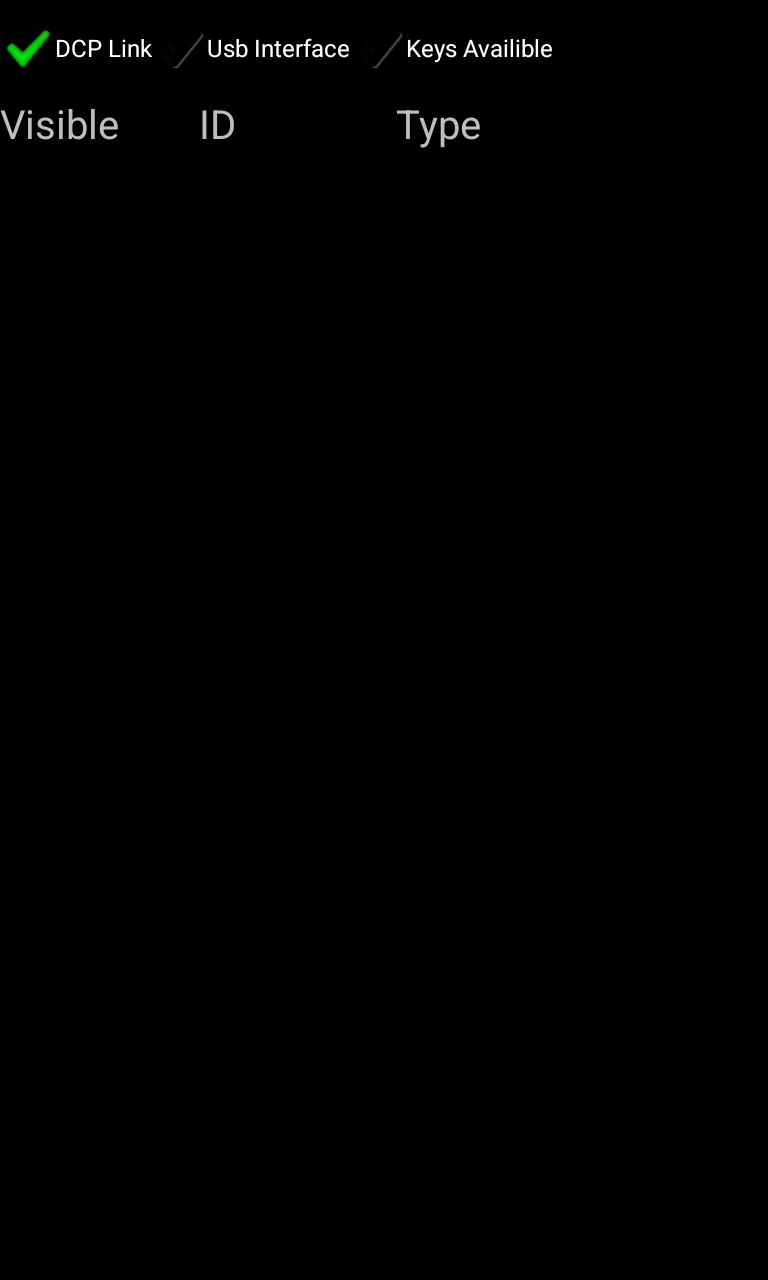
Repository: sergioenriquez/CSTE
Layout: HNAD/res/layout/devicelist.xml
The author's editor kept a copy of each file at every save. The layout is drawn from the files as they stood at one save, then again after the next save.
It is drawn on a 768 x 1280 px phone screen (xhdpi) without system bars, with theme android:Theme.NoTitleBar; the app's code is not run. Lists and similar views that code fills are empty.

Above is the layout before, as saved 2011-12-18 04:04:39.

### HNAD/res/layout/devicelist.xml
<?xml version="1.0" encoding="utf-8"?>
<LinearLayout
    xmlns:android="http://schemas.android.com/apk/res/android"
    android:orientation="vertical"
    android:layout_width="fill_parent"
    android:layout_height="fill_parent">
    <LinearLayout
        android:orientation="horizontal"
        android:layout_width="match_parent"
        android:layout_height="wrap_content">
        <CheckBox
	        android:id="@+id/dcplink"
	        android:text="DCP Link"
	       	android:button="@drawable/smallcheckbox"
	       	android:textSize="12sp"
	        android:editable="false"
	        android:checked="true"
	        android:layout_width="wrap_content"
			android:layout_height="wrap_content"/>
        <CheckBox
	        android:id="@+id/usblink"
	        android:text="Usb Interface"
	        android:textSize="12sp"
	        android:button="@drawable/smallcheckbox"
	        android:editable="false"
	        android:layout_width="wrap_content"
			android:layout_height="wrap_content"/>
        <CheckBox
	        android:id="@+id/keysavalible"
	        android:text="Keys Availible"
	        android:textSize="12sp"
	        android:button="@drawable/smallcheckbox"
	        android:editable="false"
	        android:layout_width="wrap_content"
			android:layout_height="wrap_content"/>
	</LinearLayout>

	<LinearLayout
	    android:layout_width="wrap_content"
	    android:layout_height="wrap_content"
	    android:orientation="horizontal" >

        <TextView
	    android:layout_width="fill_parent"
	    android:layout_height="wrap_content"
	    android:layout_marginRight="40sp"
	    android:textSize="20sp"
	    android:text="Visible"/>
        <TextView
	    android:layout_width="fill_parent"
	    android:layout_height="wrap_content"
	    android:layout_marginRight="80sp"
	    android:textSize="20sp"
	    android:text="ID"/>
        <TextView
	    android:layout_width="fill_parent"
	    android:layout_height="wrap_content"
	    android:layout_marginRight="25sp"
	    android:textSize="20sp"
	    android:text="Type"/>
	</LinearLayout>
	<ListView
        android:id="@+id/devicesList"
        android:layout_width="match_parent"
        android:layout_height="match_parent" />
</LinearLayout>

### HNAD/res/drawable/smallcheckbox.xml
<?xml version="1.0" encoding="utf-8"?>

<selector xmlns:android="http://schemas.android.com/apk/res/android">
        <item android:state_checked="true" android:state_focused="true"
                android:drawable="@android:drawable/btn_check_buttonless_off" />
        <item android:state_checked="false" android:state_focused="true"
                android:drawable="@android:drawable/btn_check_buttonless_on" />
        <item android:state_checked="false"
                android:drawable="@android:drawable/btn_check_buttonless_off" />
        <item android:state_checked="true"
                android:drawable="@android:drawable/btn_check_buttonless_on" />
</selector>

After the next save:
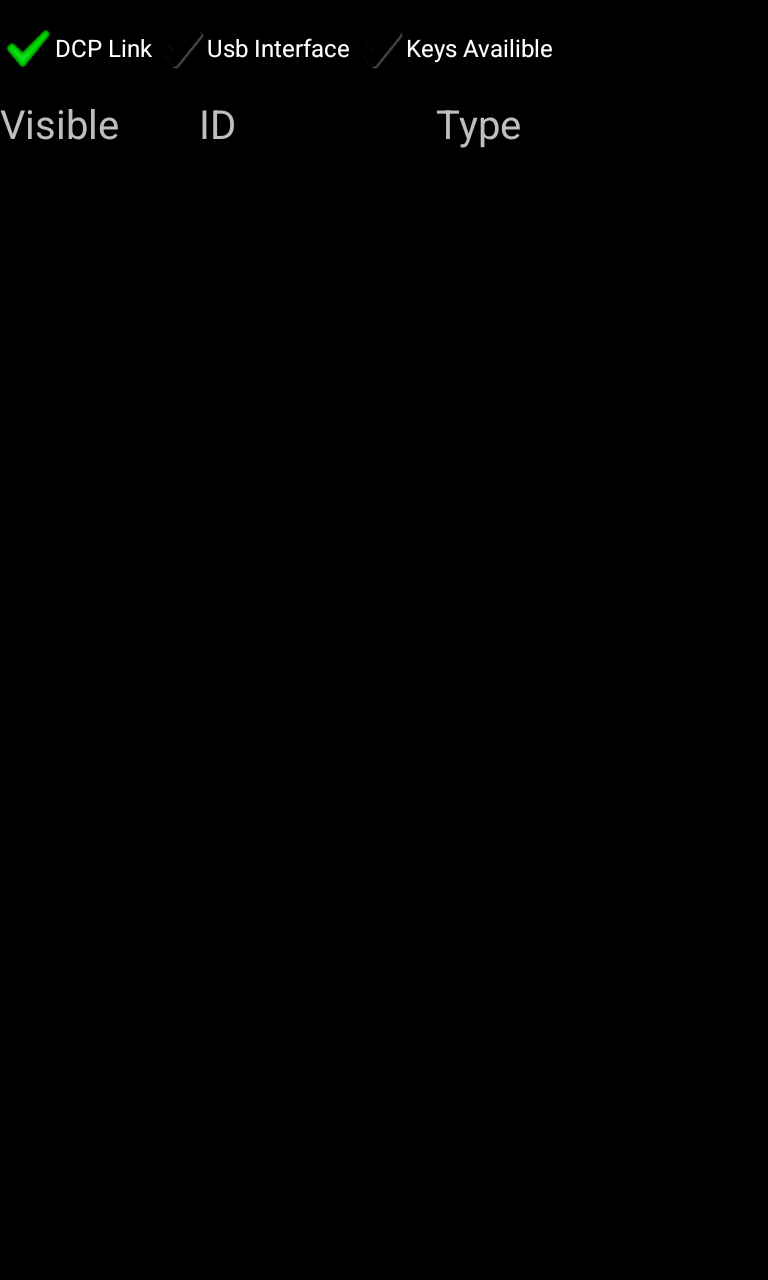
Saved 6 s later.
--- a/HNAD/res/layout/devicelist.xml
+++ b/HNAD/res/layout/devicelist.xml
@@ -49,7 +49,7 @@
         <TextView
 	    android:layout_width="fill_parent"
 	    android:layout_height="wrap_content"
-	    android:layout_marginRight="80sp"
+	    android:layout_marginRight="100sp"
 	    android:textSize="20sp"
 	    android:text="ID"/>
         <TextView
